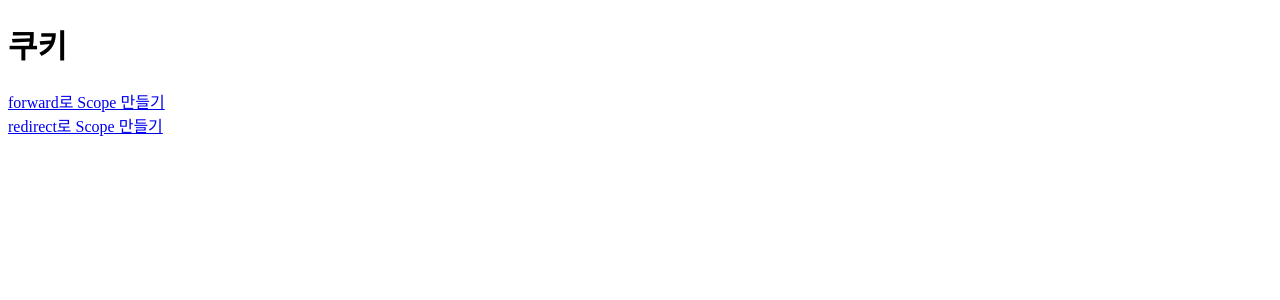
Repository: roadtofuture/woorifisa_java
Page: http://localhost/web_day3/session/sessionform.jsp
An editor plug-in stored every save of this project. The page is shown before and after the next save, followed by the edit.
The browser window is 1280 px wide. The pictures show the whole page.
The page is served by Tomcat 9. Other server files are loaded and not shown.

Above is the page before, as saved 2023-06-19 01:10:27.

### web_day3/src/main/webapp/session/sessionform.jsp
<%@ page language="java" contentType="text/html; charset=UTF-8"
	pageEncoding="UTF-8"%>
<!DOCTYPE html>
<html>
<head>
<meta charset="UTF-8">
<title>Insert title here</title>
</head>
<body>
	<h1>쿠키</h1>
	<a href="/web_day3/FirstServlet?type=forward"> forward로 Scope 만들기 </a>
	<br>
	<a href="/web_day3/FirstServlet?type=redirect"> redirect로 Scope 만들기
	</a>
	<br>
</body>
</html>

After the next save:
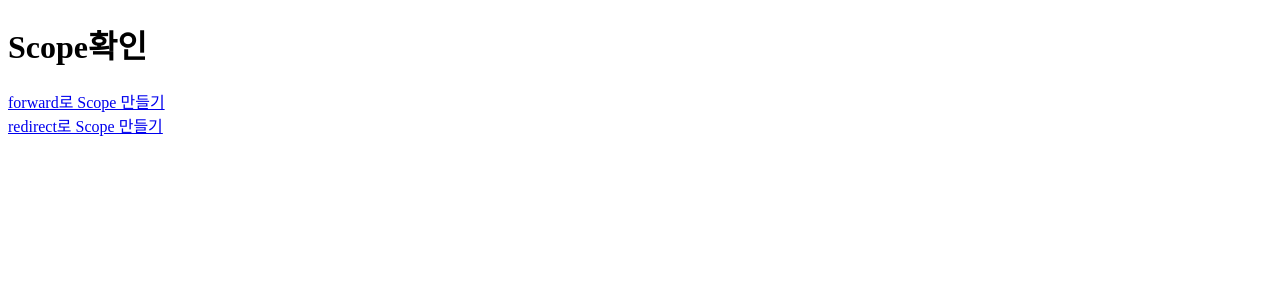
Saved 18 s later.
--- a/web_day3/src/main/webapp/session/sessionform.jsp
+++ b/web_day3/src/main/webapp/session/sessionform.jsp
@@ -7,7 +7,7 @@
 <title>Insert title here</title>
 </head>
 <body>
-	<h1>쿠키</h1>
+	<h1>Scope확인</h1>
 	<a href="/web_day3/FirstServlet?type=forward"> forward로 Scope 만들기 </a>
 	<br>
 	<a href="/web_day3/FirstServlet?type=redirect"> redirect로 Scope 만들기
